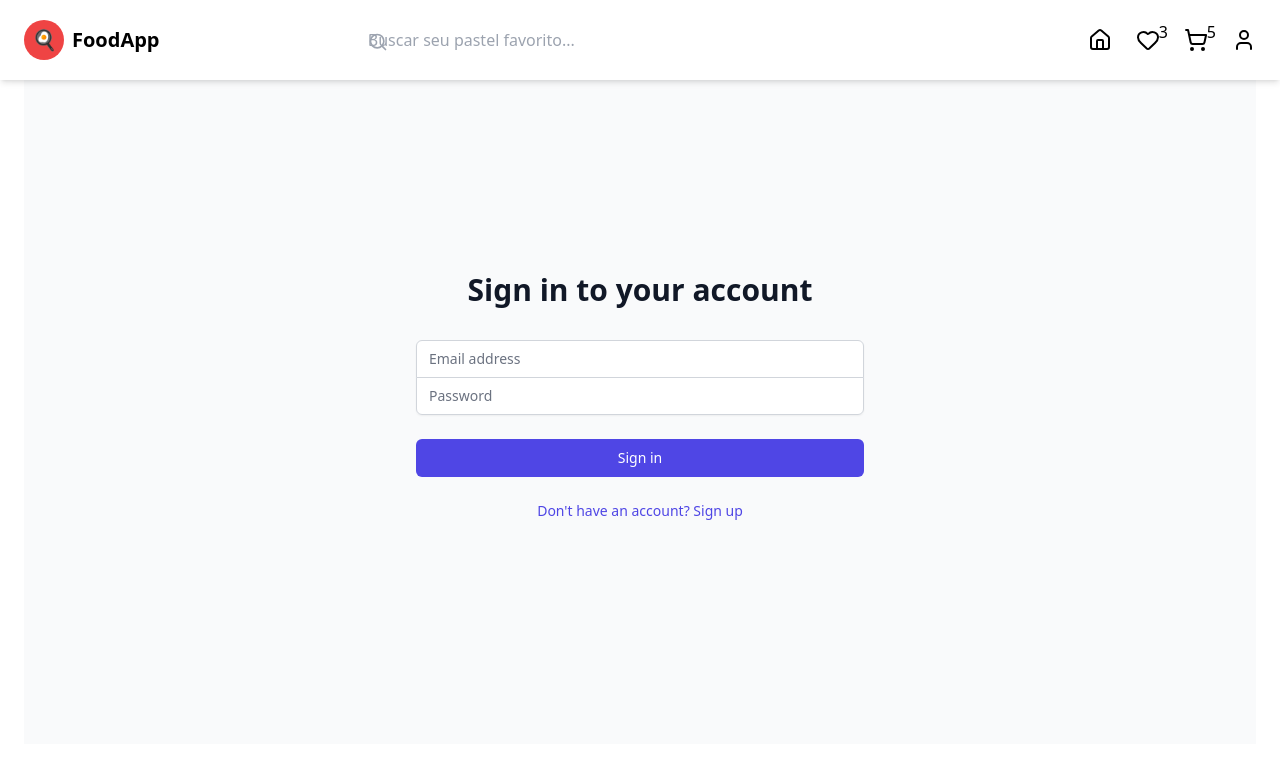
Repository: Deniihsilvaa/pastelariadoceesal
Page: /auth
These files come from the project's save history. The page is drawn as it stood at one moment and after the next save; the edit follows.
The browser window is 1280 px wide. The pictures show the whole page.
The page's requests for data from a server got no answer. The project was rebuilt for these pictures with package versions that can differ from the ones it lists, and the page was loaded fresh each time. No one was signed in, and anything a server would have sent is missing. Also part of the build but not shown: vite.config.ts, src/components/home/CategoryCard.tsx, src/pages/HomePage.tsx, src/lib/supabaseClient.ts, src/components/restaurant/MenuItem.tsx, src/components/restaurant/MenuList.tsx, src/components/restaurant/RestaurantHeader.tsx, src/pages/RestaurantPage.tsx and 1 more.

Above is the page before, as saved 2024-12-31 17:44:58.

### index.html
<!doctype html>
<html lang="en">

<head>
  <meta charset="UTF-8" />
  <link rel="icon" type="image/svg+xml" href="" />
  <meta name="viewport" content="width=device-width, initial-scale=1.0" />
  <title>Pastelaria Doce & Sal</title>

</head>

<body>
  <div id="root"></div>
  <script type="module" src="/src/main.tsx"></script>
</body>

</html>

### src/App.tsx
// src/app.tsx
import { PrimeReactProvider } from "primereact/api";
import React from "react";
import { BrowserRouter as Router } from "react-router-dom";
import { AuthProvider } from "./contexts/AuthContext";
import Rota from "./hooks/Rota.tsx";
import Layout from "./components/layout/Layout";

const App: React.FC = () => {
  return (
    <PrimeReactProvider value={{ unstyled: true }}>
      <Router>
        <AuthProvider>
          <Layout>
            <Rota />
          </Layout>
        </AuthProvider>
      </Router>
    </PrimeReactProvider>
  );
};

export default App;

### src/contexts/AuthContext.tsx
import  { createContext,  useState, ReactNode } from 'react';

interface AuthContextType {
  user: { name: string; email: string } | null;
  login: (userData: { name: string; email: string }) => void;
  logout: () => void;
}

export const AuthContext = createContext<AuthContextType | undefined>(undefined);

export function AuthProvider({ children }: { children: ReactNode }) {
  const [user, setUser] = useState<AuthContextType['user']>(null);

  const login = (userData: { name: string; email: string }) => {
    setUser(userData);
  };

  const logout = () => {
    setUser(null);
  };

  return (
    <AuthContext.Provider value={{ user, login, logout }}>
      {children}
    </AuthContext.Provider>
  );
}

### src/hooks/Rota.tsx
import { Routes, Route } from "react-router-dom";
import { useAuth } from "../contexts/useAuth.tsx";
import { AuthForm } from '../components/AuthForm.tsx';
import { HomePage } from '../pages/HomePage.tsx';
import { RestaurantPage } from '../pages/RestaurantPage';
import { Profile } from '../components/layout/profile/Profile';

const Rota = () => {
  const {user} = useAuth();

  return (
    <Routes>
      {/* Rotas públicas */}
      <Route path="/" element={<HomePage />} />
      <Route path="/auth" element={<AuthForm />} />
      <Route path="/profile" element={<Profile />} />
      <Route path="/restaurant/:id" element={<RestaurantPage />} />

      {user ? (
        <Route path="/profile" element={<Profile />} />
      ) : (
        <Route path="*" element={<HomePage />} />
      )}

      {/* Redirecionamento para a página inicial para qualquer outra rota desconhecida */}
      <Route path="*" element={<HomePage />} />
    </Routes>
  );
};

export default Rota;

### src/components/layout/Layout.tsx
// src/components/layout/Layout.tsx
import { ReactNode } from 'react';
import { Header } from './Header';

interface LayoutProps {
  children: ReactNode;
}

const Layout: React.FC<LayoutProps> = ({ children }) => {
  return (
    <div className="flex flex-col min-h-screen bg-gray-100">
      <Header />
      <main className="flex-1 p-6 bg-white">{children}</main>
    </div>
  );
};

export default Layout;

### src/contexts/useAuth.tsx
import { useContext } from 'react';
import {AuthContext} from '../contexts/AuthContext';

export function useAuth() {
  const context = useContext(AuthContext);
  if (context === undefined) {
    throw new Error('useAuth must be used within an AuthProvider');
  }
  return context;
}

### src/components/AuthForm.tsx
import { useState } from 'react';
import { useAuth } from '../contexts/useAuth';

export function AuthForm() {
  const [isLogin, setIsLogin] = useState(true);
  const [email, setEmail] = useState('');
  const [password, setPassword] = useState('');
  const [error, setError] = useState('');
  const { signIn, signUp } = useAuth();

  const handleSubmit = async (e: React.FormEvent) => {
    e.preventDefault();
    setError('');

    try {
      if (isLogin) {
        await signIn(email, password);
      } else {
        await signUp(email, password);
      }
    } catch (err) {
      setError(err instanceof Error ? err.message : 'An error occurred');
    }
  };

  return (
    <div className="flex items-center justify-center min-h-screen px-4 py-12 bg-gray-50 sm:px-6 lg:px-8">
      <div className="w-full max-w-md space-y-8">
        <div>
          <h2 className="mt-6 text-3xl font-extrabold text-center text-gray-900">
            {isLogin ? 'Sign in to your account' : 'Create your account'}
          </h2>
        </div>
        <form className="mt-8 space-y-6" onSubmit={handleSubmit}>
          <div className="-space-y-px rounded-md shadow-sm">
            <div>
              <label htmlFor="email-address" className="sr-only">
                Email address
              </label>
              <input
                id="email-address"
                name="email"
                type="email"
                required
                className="relative block w-full px-3 py-2 text-gray-900 placeholder-gray-500 border border-gray-300 rounded-none appearance-none rounded-t-md focus:outline-none focus:ring-indigo-500 focus:border-indigo-500 focus:z-10 sm:text-sm"
                placeholder="Email address"
                value={email}
                onChange={(e) => setEmail(e.target.value)}
              />
            </div>
            <div>
              <label htmlFor="password" className="sr-only">
                Password
              </label>
              <input
                id="password"
                name="password"
                type="password"
                required
                className="relative block w-full px-3 py-2 text-gray-900 placeholder-gray-500 border border-gray-300 rounded-none appearance-none rounded-b-md focus:outline-none focus:ring-indigo-500 focus:border-indigo-500 focus:z-10 sm:text-sm"
                placeholder="Password"
                value={password}
                onChange={(e) => setPassword(e.target.value)}
              />
            </div>
          </div>

          {error && (
            <div className="text-sm text-center text-red-500">{error}</div>
          )}

          <div>
            <button
              type="submit"
              className="relative flex justify-center w-full px-4 py-2 text-sm font-medium text-white bg-indigo-600 border border-transparent rounded-md group hover:bg-indigo-700 focus:outline-none focus:ring-2 focus:ring-offset-2 focus:ring-indigo-500"
            >
              {isLogin ? 'Sign in' : 'Sign up'}
            </button>
          </div>

          <div className="text-sm text-center">
            <button
              type="button"
              className="font-medium text-indigo-600 hover:text-indigo-500"
              onClick={() => setIsLogin(!isLogin)}
            >
              {isLogin
                ? "Don't have an account? Sign up"
                : 'Already have an account? Sign in'}
            </button>
          </div>
        </form>
      </div>
    </div>
  );
}

### src/components/layout/Header.tsx
// src/components/layout/Header.tsx
import { Link } from 'react-router-dom';
import { Avatar } from 'primereact/avatar';
import { Badge } from 'primereact/badge';
import { InputText } from 'primereact/inputtext';
import { Search, ShoppingCart, User, Home, Heart } from 'lucide-react';
import { useAuth } from '../../contexts/useAuth';

export function Header() {
  const { user } = useAuth();

  return (
    <header className="fixed top-0 left-0 right-0 z-50 p-2 bg-white shadow-md">
      <div className="flex items-center justify-between h-16 px-4 mx-auto max-w-7xl">
        {/* Logo */}
        <Link to="/" className="flex items-center space-x-2">
          <div className="flex items-center justify-center w-10 h-10 bg-red-500 rounded-full">
            <span className="text-xl text-white">🍳</span>
          </div>
          <span className="text-xl font-bold">FoodApp</span>
        </Link>

        {/* Search Bar */}
        <div className="flex-1 max-w-lg mx-8">
          <span className="w-full p-input-icon-left">
            <Search className="w-5 h-5 text-gray-400" />
            <InputText
              placeholder="Buscar seu pastel favorito..."
              className="w-full rounded-full"
            />
          </span>
        </div>

        {/* Navigation Links */}
        <nav className="flex items-center space-x-6">
          <Link to="/" className="nav-link">
            <Home className="w-6 h-6 hover:text-red-500" />
          </Link>
          <Link to="/favorites" className="relative nav-link">
            <Heart className="w-6 h-6 hover:text-red-500" />
            <Badge value="3" className="absolute -top-2 -right-2" />
          </Link>
          <Link to="/cart" className="relative nav-link">
            <ShoppingCart className="w-6 h-6 hover:text-red-500" />
            <Badge value="5" className="absolute -top-2 -right-2" />
          </Link>
          <Link to={user ? "/profile" : "/auth"} className="nav-link">
            {user ? (
              <Avatar
                icon="pi pi-user"
                shape="circle"
                size="xlarge"
                className="w-10 h-10 bg-gray-200 hover:shadow-lg"
              />
            ) : (
              <User className="w-6 h-6 hover:text-red-500" />
            )}
          </Link>
        </nav>
      </div>
    </header>
  );
}

### tailwind.config.js
/** @type {import('tailwindcss').Config} */
module.exports = {
  content: ["./index.html", "./src/**/*.{js,ts,jsx,tsx}"],
  theme: {
    extend: {},
  },
  plugins: [],
}

Loaded but not shown: src/main.tsx (common file); src/index.css (common file)

After the next save:
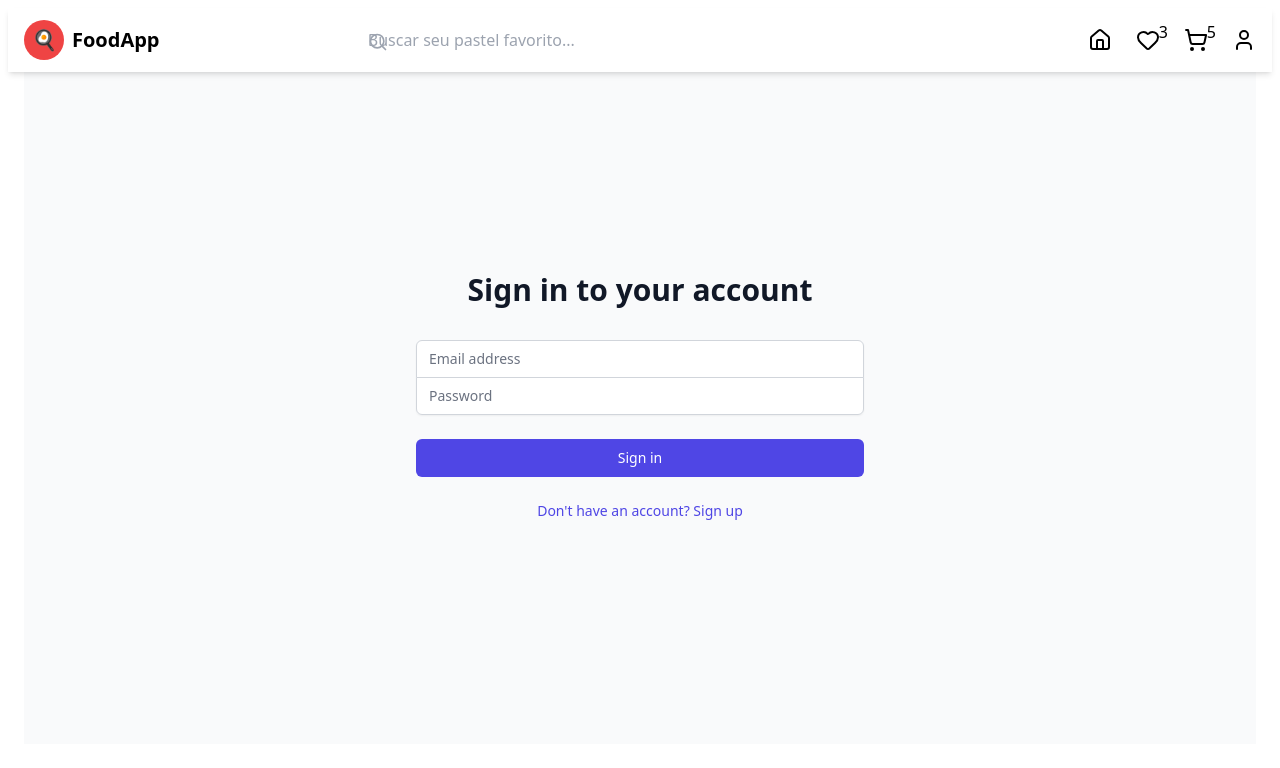
Saved 5 s later.
--- a/src/components/layout/Header.tsx
+++ b/src/components/layout/Header.tsx
@@ -10,7 +10,7 @@ export function Header() {
   const { user } = useAuth();
 
   return (
-    <header className="fixed top-0 left-0 right-0 z-50 p-2 bg-white shadow-md">
+    <header className="fixed top-0 left-0 right-0 z-50 m-2 bg-white shadow-md">
       <div className="flex items-center justify-between h-16 px-4 mx-auto max-w-7xl">
         {/* Logo */}
         <Link to="/" className="flex items-center space-x-2">
